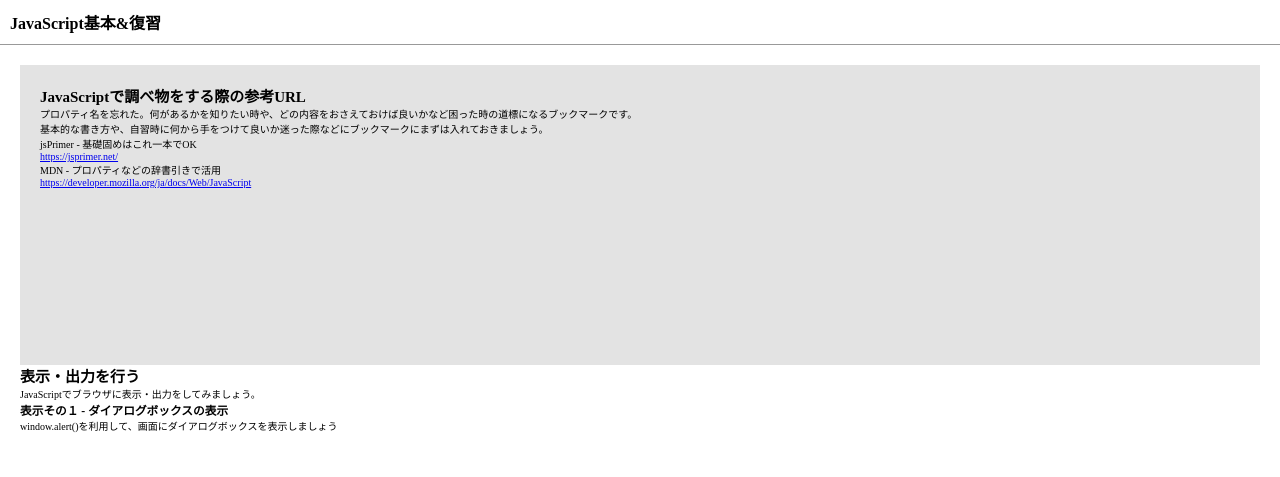
Repository: Yuto-Arakawa/study_js
Page: 01_basic/荒川/ara_basic01.html
An editor plug-in stored every save of this project. The page is shown before and after the next save, followed by the edit.
The browser window is 1280 px wide. The pictures show the whole page.

Above is the page before, as saved 2026-11-06 14:52:27.

After the next save:
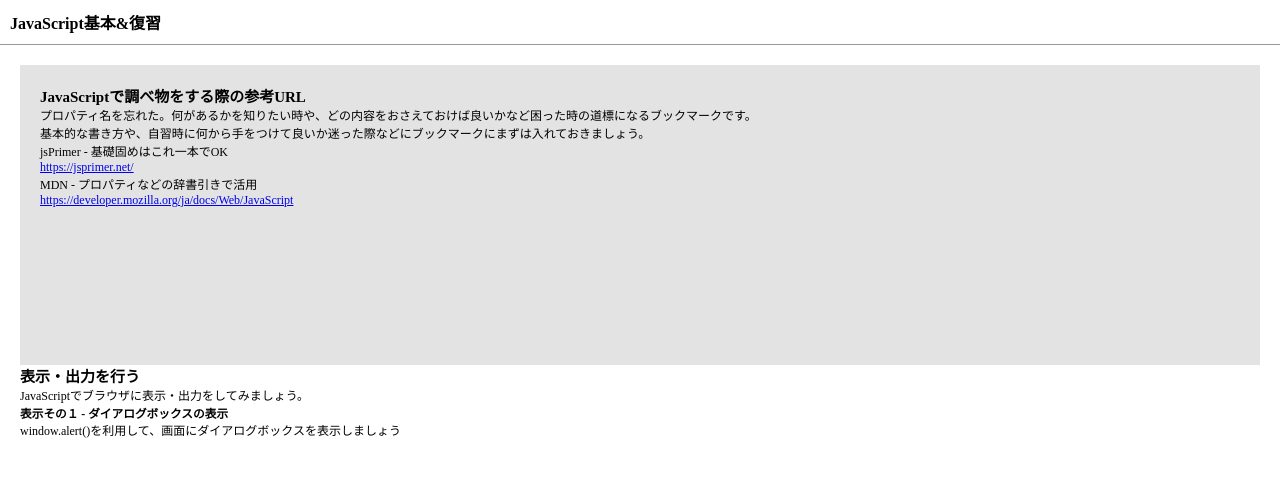
Saved 2 min 10 s later.
--- a/01_basic/荒川/css/basic01.css
+++ b/01_basic/荒川/css/basic01.css
@@ -10,6 +10,9 @@ header{
 
 main{
     padding: 20px;
+    p{
+        font-size: 12px;
+    }
 }
 
 .reference{
